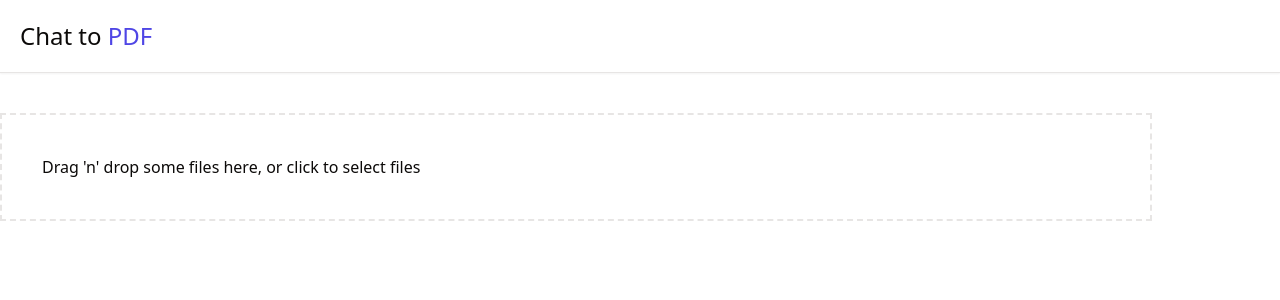
Repository: ankur28/chat-with-pdf
Page: /dashboard/upload
The author's editor kept a copy of each file at every save. The page is drawn from the files as they stood at one save, then again after a run of saves.
The browser window is 1280 px wide. The pictures show the whole page.
The page's requests for data from a server got no answer. The project was rebuilt for these pictures with package versions that can differ from the ones it lists, and the page was loaded fresh each time. Some packages were replaced by stand-ins written for this rebuild. The framework's server and built-in components were replaced by stand-ins that run in the browser. No one was signed in, and anything a server would have sent is missing. Also part of the build but not shown: next.config.js, next.config.mjs, lib/utils.ts, components/ui/button.tsx.

Above is the page before, as saved 2024-07-24 19:32:06.

After the next 4 saves:
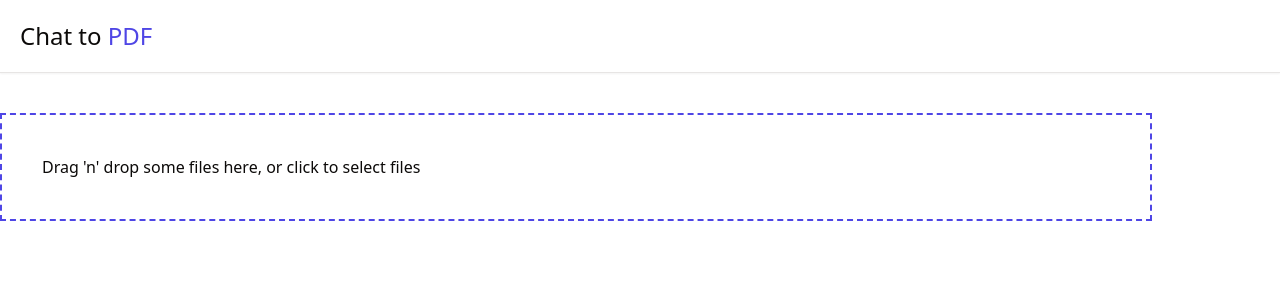
The 4 saves are shown as one change because they came seconds apart.
The last was saved 14 s later.
--- a/app/dashboard/upload/page.tsx
+++ b/app/dashboard/upload/page.tsx
@@ -13,7 +13,7 @@ function UploadPage() {
     <div className=''>
         {/* Loading section */}
     <div {...getRootProps()}
-    className="p-10 border-2 border-dashed mt-10 w-[90%]">
+    className="p-10 border-2 border-dashed mt-10 w-[90%] border-indigo-600 ">
       <input {...getInputProps()} />
       {
           isDragActive ?
